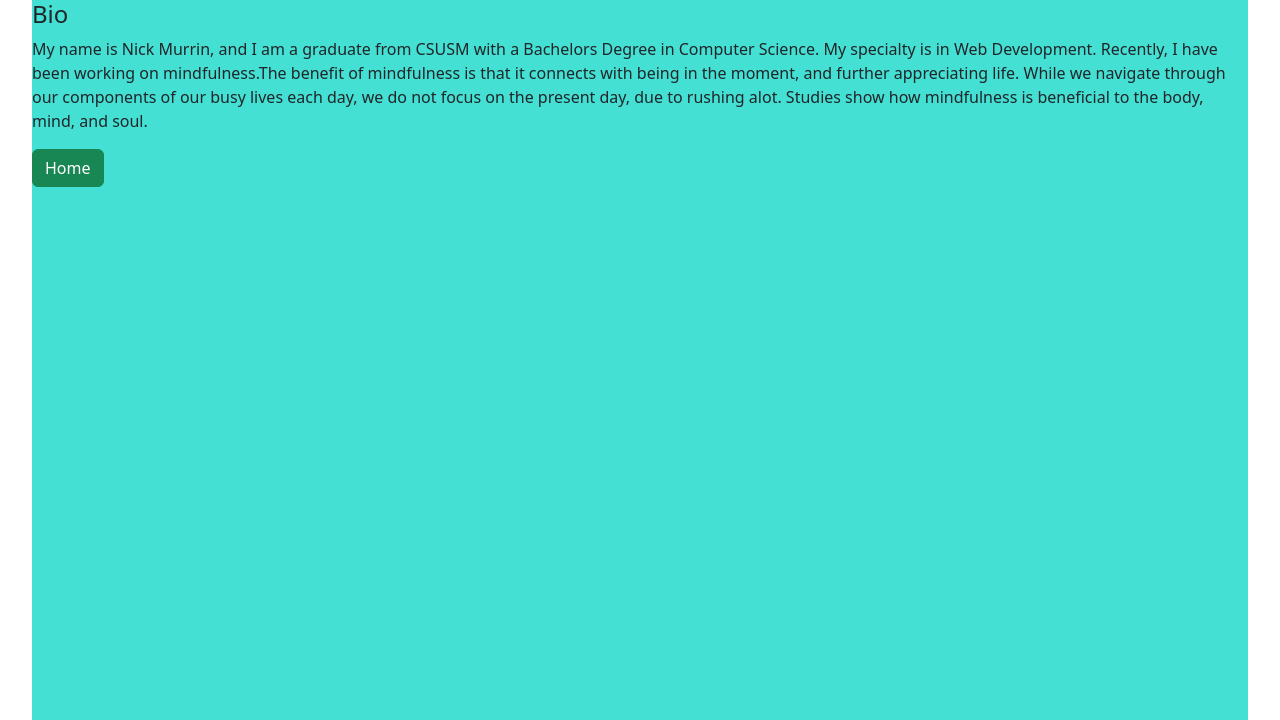
Repository: collegedude9300/zenstationnext
Page: /About
The author's editor kept a copy of each file at every save. The page is drawn from the files as they stood at one save, then again after the next save.
The browser window is 1280 px wide. The pictures show the whole page.
The project was rebuilt for these pictures with package versions that can differ from the ones it lists, and the page was loaded fresh each time. The framework's server and built-in components were replaced by stand-ins that run in the browser. Also part of the build but not shown: next.config.js.

Above is the page before, as saved 2022-10-12 09:09:11.

### pages/About.js

import Head from 'next/head'
import Image from 'next/image'
import styles from '../styles/Home.module.css'
import 'bootstrap/dist/css/bootstrap.css'
import Link from 'next/link'
export default function About() {
return (
    <div className={styles.container}>
      <Head>
        <title>About</title>
        <meta name="description" content="Generated by create next app" />
        <link rel="icon" href="/favicon.ico" />
      </Head>
      <main className={styles.pages}>
<h4>Bio</h4>
<p>
My name is Nick Murrin, and I am a graduate from CSUSM with a Bachelors Degree in Computer Science.
My specialty is in Web Development. Recently, I have been working on mindfulness.The benefit of mindfulness is that it connects with being in the moment, and further appreciating life.
While we navigate through our components of our busy lives each day, we do not focus on the present day, due to rushing alot.
Studies show how mindfulness is beneficial to the body, mind, and soul.
</p>
<Link href="/">
<a class="btn btn-success">Home</a>
</Link>
</main>
</div>
)}

### styles/Home.module.css
.container {
  padding: 0 2rem;
}
.pages{
  background-color: #43e0d3;
  min-height: 100vh;
}
.main {
  min-height: 100vh;
  padding: 4rem 0;
  flex: 1;
  display: flex;
  flex-direction: column;
  justify-content: center;
  align-items: center;
}
.aboutBio {
  margin: 0;
  line-height: 1.15;
  font-size: 4rem;
  text-align: center;
}
.footer {
  display: flex;
  flex: 1;
  padding: 2rem 0;
  border-top: 1px solid #eaeaea;
  justify-content: center;
  align-items: center;
}

.footer a {
  display: flex;
  justify-content: center;
  align-items: center;
  flex-grow: 1;
}

.title a {
  color: #0070f3;
  text-decoration: none;
}

.title a:hover,
.title a:focus,
.title a:active {
  text-decoration: underline;
}

.title {
  margin: 0;
  line-height: 1.15;
  font-size: 4rem;
}

.title,
.description {
  text-align: center;
}

.description {
  margin: 4rem 0;
  line-height: 1.5;
  font-size: 1.5rem;
}

.code {
  background: #fafafa;
  border-radius: 5px;
  padding: 0.75rem;
  font-size: 1.1rem;
  font-family: Menlo, Monaco, Lucida Console, Liberation Mono, DejaVu Sans Mono,
    Bitstream Vera Sans Mono, Courier New, monospace;
}

.grid {
  display: flex;
  align-items: center;
  justify-content: center;
  flex-wrap: wrap;
  max-width: 800px;
}

.card {
  margin: 1rem;
  padding: 1.5rem;
  text-align: left;
  color: inherit;
  text-decoration: none;
  border: 1px solid #eaeaea;
  border-radius: 10px;
  transition: color 0.15s ease, border-color 0.15s ease;
  max-width: 300px;
}

.card:hover,
.card:focus,
.card:active {
  color: #0070f3;
  border-color: #0070f3;
}

.card h2 {
  margin: 0 0 1rem 0;
  font-size: 1.5rem;
}

.card p {
  margin: 0;
  font-size: 1.25rem;
  line-height: 1.5;
}

.logo {
  height: 1em;
  margin-left: 0.5rem;
}

@media (max-width: 600px) {
  .grid {
    width: 100%;
    flex-direction: column;
  }
}

@media (prefers-color-scheme: dark) {
  .card,
  .footer {
    border-color: #222;
  }
  .code {
    background: #111;
  }
  .logo img {
    filter: invert(1);
  }
}

Loaded but not shown: pages/_app.js (common file); styles/globals.css (common file)

After the next save:
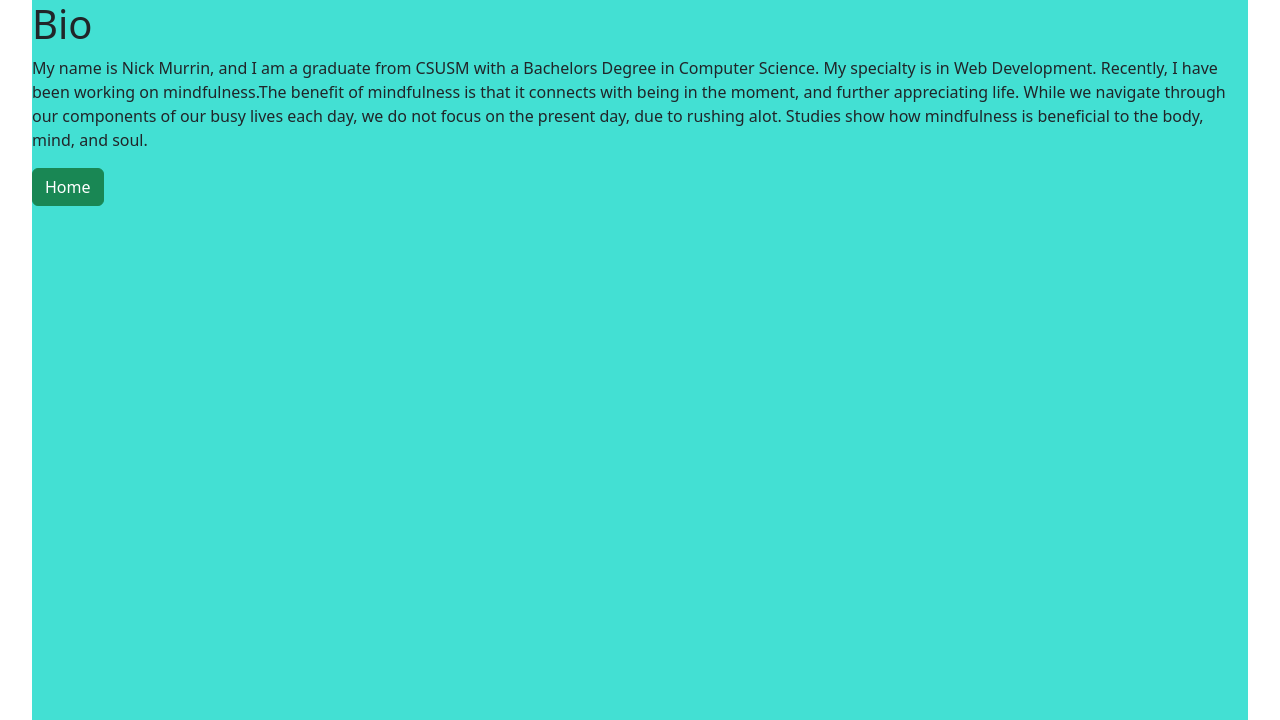
Saved 4 s later.
--- a/pages/About.js
+++ b/pages/About.js
@@ -13,7 +13,9 @@ return (
         <link rel="icon" href="/favicon.ico" />
       </Head>
       <main className={styles.pages}>
-<h4>Bio</h4>
+        <div className="aboutBio">
+<h1>Bio</h1>
+</div>
 <p>
 My name is Nick Murrin, and I am a graduate from CSUSM with a Bachelors Degree in Computer Science.
 My specialty is in Web Development. Recently, I have been working on mindfulness.The benefit of mindfulness is that it connects with being in the moment, and further appreciating life.
